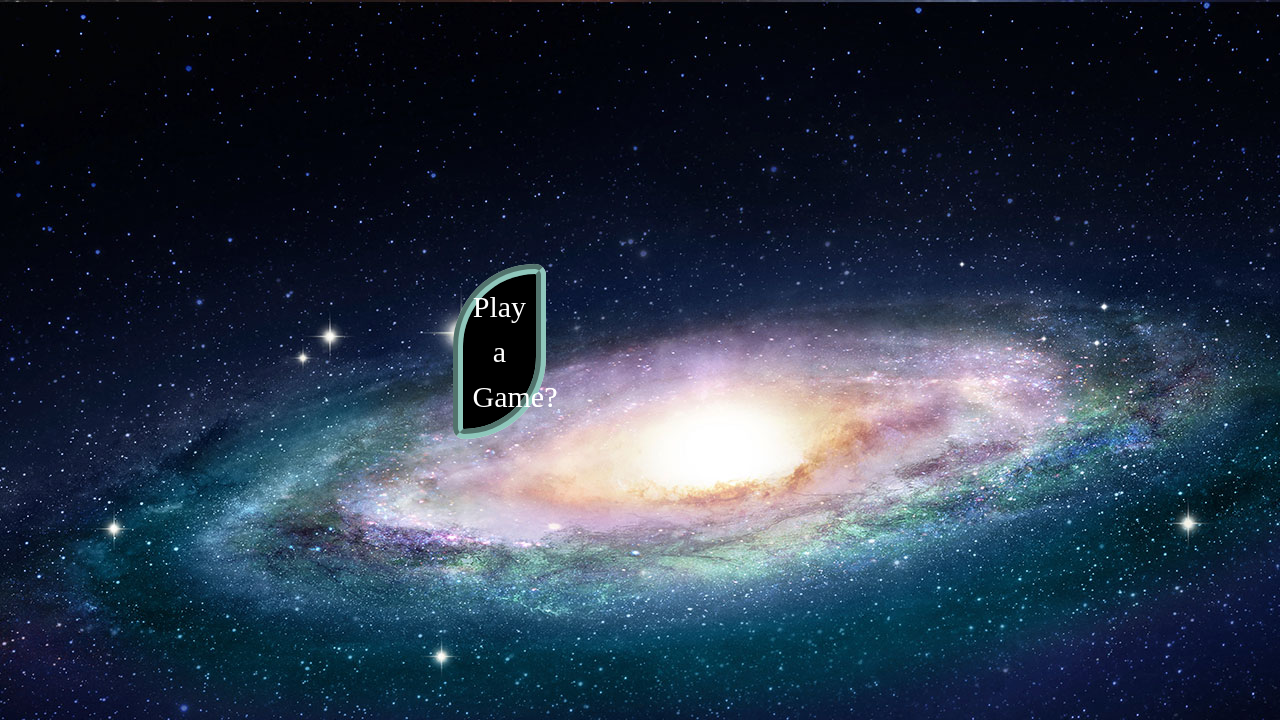
Repository: dsaftler/Trivia
Page: index.html
An editor plug-in stored every save of this project. The page is shown before and after the next save, followed by the edit.
The browser window is 1280 px wide. The pictures show the whole page.
Some web fonts or font styles are not loaded; a fallback is used.

Above is the page before, as saved 2019-04-13 17:53:14.

After the next save:
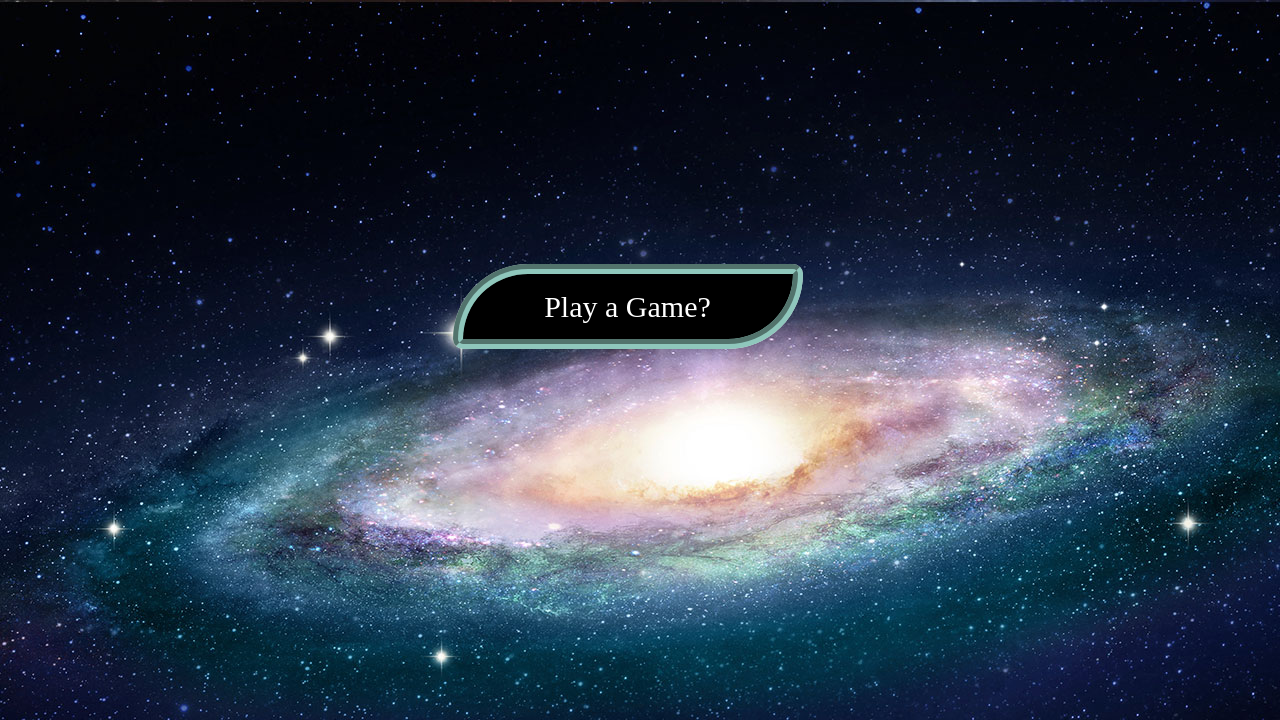
Saved 4 min 44 s later.
--- a/assets/css/style.css
+++ b/assets/css/style.css
@@ -21,7 +21,7 @@ body {
   max-width: 1536px;
 }
 button{
-  width:25%;
+  width:350px;
   margin: auto;
   color:white;
   font-size: 30px;
